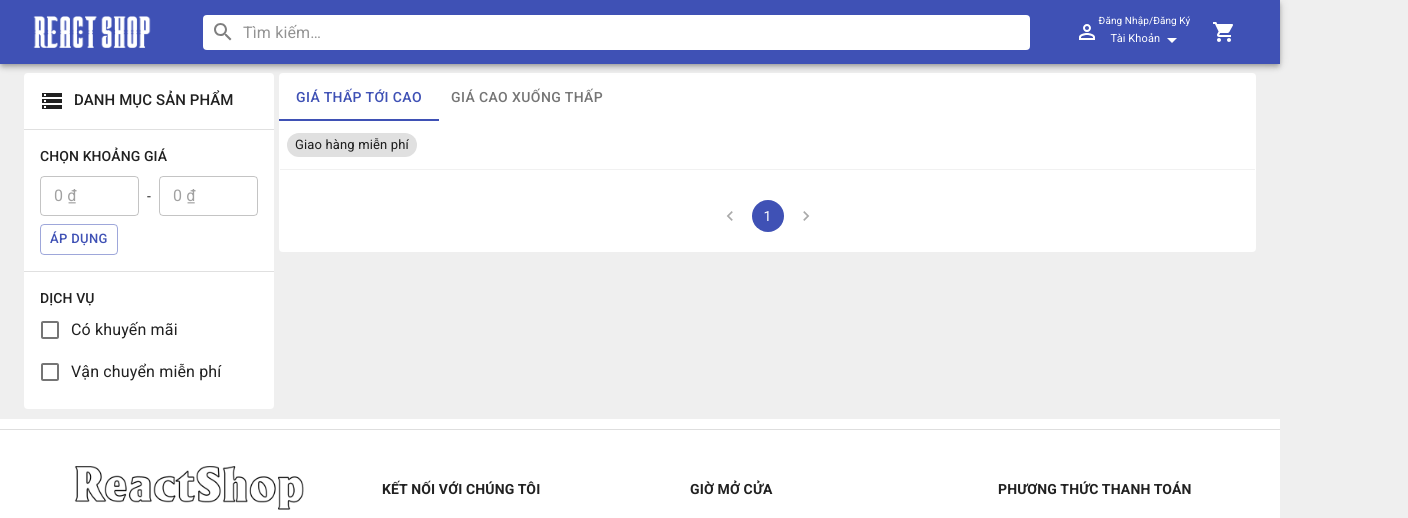
Repository: tvsinh/learn-react
Page: /
An editor plug-in stored every save of this project. The page is shown before and after the next save, followed by the edit.
The browser window is 1280 px wide. The page is 1408 px wide, so the pictures cover 1408 px, including what lies to the right of the window. The pictures show the part of the page from y = 0 to 518 px (the page is 2411 px tall before and 2440 px after).
Pictures or frames that could not be fetched are drawn as grey boxes. The page's requests for data from a server got no answer. The project was rebuilt for these pictures with package versions that can differ from the ones it lists, and the page was loaded fresh each time. No one was signed in, and anything a server would have sent is missing. Also part of the build but not shown: src/components/form-controls/InputField/index.jsx, src/features/Todo/components/TodoForm/index.jsx, src/components/form-controls/PasswordField/index.jsx, src/features/Auth/components/LoginForm/index.jsx, src/features/Auth/components/Login/index.jsx, src/features/Auth/components/RegisterForm/index.jsx, src/features/Auth/components/Register/index.jsx, src/features/Cart/components/MiniSuccessCart.jsx and 46 more.

Above is the page before, as saved 2021-08-12 21:42:39.

### public/index.html
<!DOCTYPE html>
<html lang="en">
  <head>
    <meta charset="utf-8" />
    <link rel="icon" href="%PUBLIC_URL%/shop.ico" />
    <meta name="viewport" content="width=device-width, initial-scale=1" />
    <meta name="theme-color" content="#000000" />
    <meta
      name="description"
      content="Web site created using create-react-app"
    />
    <link rel="apple-touch-icon" href="%PUBLIC_URL%/store.png" />
    <!--
      manifest.json provides metadata used when your web app is installed on a
      user's mobile device or desktop. See https://developers.google.com/web/fundamentals/web-app-manifest/
    -->
    <link rel="manifest" href="%PUBLIC_URL%/manifest.json" />
    <!--
      Notice the use of %PUBLIC_URL% in the tags above.
      It will be replaced with the URL of the `public` folder during the build.
      Only files inside the `public` folder can be referenced from the HTML.

      Unlike "/favicon.ico" or "favicon.ico", "%PUBLIC_URL%/favicon.ico" will
      work correctly both with client-side routing and a non-root public URL.
      Learn how to configure a non-root public URL by running `npm run build`.
    -->
    <link rel="stylesheet" href="https://fonts.googleapis.com/css?family=Roboto:300,400,500,700&display=swap" />
    <title>React Shop</title>
  </head>
  <body>
    <noscript>You need to enable JavaScript to run this app.</noscript>
    <div id="root"></div>
    <!--
      This HTML file is a template.
      If you open it directly in the browser, you will see an empty page.

      You can add webfonts, meta tags, or analytics to this file.
      The build step will place the bundled scripts into the <body> tag.

      To begin the development, run `npm start` or `yarn start`.
      To create a production bundle, use `npm run build` or `yarn build`.
    -->
  </body>
</html>

### src/index.css
html {
  background-color: rgb(239, 239, 239);
}

body {
  margin: 0;
  font-family: -apple-system, BlinkMacSystemFont, 'Segoe UI', 'Roboto', 'Oxygen',
    'Ubuntu', 'Cantarell', 'Fira Sans', 'Droid Sans', 'Helvetica Neue',
    sans-serif;
  -webkit-font-smoothing: antialiased;
  -moz-osx-font-smoothing: grayscale;
}

code {
  font-family: source-code-pro, Menlo, Monaco, Consolas, 'Courier New',
    monospace;
}

### src/features/Product/index.jsx
import { Box } from '@material-ui/core';
import React from 'react';
import { Route, Switch, useRouteMatch } from 'react-router-dom';
import DetailPage from './pages/DetailPage';
import ListPage from './pages/ListPage';

function ProductFeature(props) {
  const match = useRouteMatch();

  return (
    <Box>
      <Switch>
        <Route path={match.url} exact component={ListPage} />
        <Route path={`${match.url}/:productId`} component={DetailPage} />
      </Switch>
    </Box>
  );
}

export default ProductFeature;

### src/features/Product/components/ProductFilters.jsx
import { Box, Button } from '@material-ui/core';
import { makeStyles } from '@material-ui/core/styles';
import { Close } from '@material-ui/icons';
import PropTypes from 'prop-types';
import React from 'react';
import FilterByCategory from './Filters/FilterByCategory';
import FilterByPrice from './Filters/FilterByPrice';
import FilterByService from './Filters/FilterByService';

ProductFilters.propTypes = {
  // filters: PropTypes.object.isRequired,
  filters: PropTypes.object,
  onChange: PropTypes.func,
  onClick: PropTypes.func,
};
const useStyles = makeStyles((theme) => ({
  rootMobile: {
    position: 'relative',
  },
  iconRight: {
    [theme.breakpoints.down('md')]: {
      right: '0',
      position: 'fixed',
      margin: '10px 10px 0 0',
    },
  },
  button: {
    position: 'fixed',
    padding: '11px',
    bottom: '0',
    width: '80%',
    backgroundColor: '#fff',
    borderTop: '1px solid rgba(0,0,0,0.1)',
  },
  sectionDesktop: {
    display: 'none',
    [theme.breakpoints.up('md')]: {
      display: 'block',
    },
  },
  sectionMobile: {
    position: 'fixed',
    backgroundColor: 'white',
    right: '0',
    zIndex: '100',
    transition: '500ms',
    paddingBottom: '110px',
    width: '80%',
    height: '100%',
    overflowY: 'scroll',
    [theme.breakpoints.up('md')]: {
      display: 'none',
    },
  },
}));
function ProductFilters({ filters, onChange = {}, onClick = {} }) {
  const classes = useStyles();
  const handleCategoryChange = (newCategoryName) => {
    if (!onChange) return;

    const newFilters = {
      'category.name': newCategoryName,
      _page: 1, // Reset page to first
      // 'category.searchTerm': null,
    };
    onChange(newFilters);
  };

  const handeChange = (values) => {
    console.log(values);
    if (onChange) onChange(values);
  };

  const handleClose = () => {
    onClick(false);
  };

  return (
    <>
      <Box className={classes.sectionDesktop}>
        <FilterByCategory onChange={handleCategoryChange} />
        <FilterByPrice onChange={handeChange} />
        <FilterByService filters={filters} onChange={handeChange} />
      </Box>

      {/* <Box className={classes.rootMobile}>
        <Box className={classes.sectionMobile}>
          <Close onClick={handleClose} className={classes.iconRight} />
          <FilterByCategory onChange={handleCategoryChange} />
          <FilterByPrice onChange={handeChange} />
          <FilterByService filters={filters} onChange={handeChange} />

          <Box className={classes.button}>
            <Button onClick={handleClose} variant="contained" color="primary" fullWidth>
              Xong
            </Button>
          </Box>
        </Box>
      </Box> */}
    </>
  );
}

export default ProductFilters;

### src/features/Product/components/ProductList.jsx
import { Box, Grid } from '@material-ui/core';
import PropTypes from 'prop-types';
import React from 'react';
import Product from './Product';

ProductList.propTypes = {
  data: PropTypes.array,
};

ProductList.defaultProps = {
  data: [],
};

function ProductList({ data }) {
  return (
    <Box
      style={{
        borderLeft: 'solid 1px #FFF',
        borderRight: 'solid 1px #FFF',
      }}
    >
      <Grid
        container
        style={{
          borderTop: 'solid 1px #f1f1f1',
          borderLeft: 'solid 1px #f1f1f1',
        }}
      >
        {data.map((product) => (
          <Grid item key={product.id} xs={6} sm={6} md={4} lg={3}>
            <Product product={product} />
          </Grid>
        ))}
      </Grid>
    </Box>
  );
}

export default ProductList;

### src/features/Product/components/ProductSkeletonList.jsx
import React from 'react';
import PropTypes from 'prop-types';
import { Box, Grid } from '@material-ui/core';
import { Skeleton } from '@material-ui/lab';
import { makeStyles } from '@material-ui/core/styles';

ProductSkeletonList.propTypes = {
  length: PropTypes.number,
};
const useStyles = makeStyles((theme) => ({
  box: {
    padding: theme.spacing(0.5),
  },
  boxImg: {
    position: 'relative',
    width: '100%',
    paddingTop: '100%',
    marginBottom: '5px',
  },
  productImg: {
    position: 'absolute',
    top: '0',
    left: '0',
    bottom: '0',
    right: '0',
    width: '100%',
    height: '100%',
    padding: '8px',
  },
  boxText: {
    height: '80px',
  },
  boxName: {
    height: '40px',
    marginBottom: '5px',
  },
  boxPrice: {},
  textName: {
    height: '22px',
    lineHeight: '1.43',
  },
  text: {
    height: '21px',
  },
}));

function ProductSkeletonList({ length = 6 }) {
  const classes = useStyles();
  return (
    <Box>
      <Grid container>
        {Array.from(new Array(length)).map((x, index) => (
          <Grid item key={index} xs={6} sm={6} md={4} lg={3}>
            <Box padding={1}>
              <Box className={classes.box}>
                <Box className={classes.boxImg}>
                  <Skeleton variant="rect" className={classes.productImg} />
                </Box>
              </Box>
              <Box className={classes.boxText}>
                <Box className={classes.boxName}>
                  <Skeleton className={classes.textName} />
                  <Skeleton width="96%" className={classes.textName} />
                </Box>
                <Box className={classes.boxPrice}>
                  <Skeleton width="55%" className={classes.text} />
                </Box>
              </Box>
            </Box>
          </Grid>
        ))}
      </Grid>
    </Box>
  );
}

export default ProductSkeletonList;

### src/features/Product/components/ProductSort.jsx
import React from 'react';
import PropTypes from 'prop-types';
import { Tab, Tabs } from '@material-ui/core';
import { makeStyles } from '@material-ui/core/styles';

ProductSort.propTypes = {
  currentSort: PropTypes.string.isRequired,
  onChange: PropTypes.func,
};

const useStyles = makeStyles((theme) => ({
  root: {
    [theme.breakpoints.down('md')]: {
      minHeight: '35px',
      padding: theme.spacing(0),
      margin: theme.spacing(0),
    },
  },
  sort: {
    [theme.breakpoints.down('md')]: {
      minHeight: '35px',
      padding: theme.spacing(0, 1),
      fontSize: '12.9px',
    },
    [theme.breakpoints.between('sm', 'md')]: {
      marginTop: theme.spacing(1),
    },
  },
}));
function ProductSort({ currentSort, onChange }) {
  const classes = useStyles();

  const handleSortChange = (event, newValue) => {
    if (onChange) onChange(newValue);
  };

  return (
    <Tabs
      value={currentSort}
      indicatorColor="primary"
      textColor="primary"
      onChange={handleSortChange}
      aria-label="disabled tabs example"
      className={classes.root}
    >
      <Tab label="Giá thấp tới cao" value="salePrice:ASC" className={classes.sort}></Tab>
      <Tab label="Giá cao xuống thấp" value="salePrice:DESC" className={classes.sort}></Tab>
    </Tabs>
  );
}

export default ProductSort;

### src/components/BackToTop/index.jsx
import { Zoom } from '@material-ui/core';
import CssBaseline from '@material-ui/core/CssBaseline';
import Fab from '@material-ui/core/Fab';
import { makeStyles } from '@material-ui/core/styles';
import useScrollTrigger from '@material-ui/core/useScrollTrigger';
import KeyboardArrowUpIcon from '@material-ui/icons/KeyboardArrowUp';
import PropTypes from 'prop-types';
import React from 'react';
// import Zoom from '@material-ui/core/Zoom';

const useStyles = makeStyles((theme) => ({
  '@global': {
    '@keyframes scrollTop': {
      from: {
        transform: 'translateY(1px)',
      },
      to: {
        transform: 'translateY(-1px)',
      },
    },
  },
  root: {
    zIndex: '1',
    position: 'fixed',
    bottom: theme.spacing(2),
    right: theme.spacing(1),
  },
  iconUp: {
    // '-webkit-animation': 'scrollTop .5s ease alternate infinite',
    animation: '$scrollTop .5s ease alternate infinite',
  },
}));

function ScrollTop(props) {
  const { children } = props;
  const classes = useStyles();

  const trigger = useScrollTrigger({
    disableHysteresis: true,
    threshold: 300,
  });

  const handleClick = (event) => {
    // const anchor = (event.target.ownerDocument || document).querySelector('#back-to-top-anchor');
    // if (anchor) {
    //   anchor.scrollIntoView({ behavior: 'smooth', block: 'center' });
    // }
    window.scrollTo({ top: 0, behavior: `smooth` });
  };

  // if (trigger) {
  //   return (
  //     <div onClick={handleClick} role="presentation" className={classes.root}>
  //       {children}
  //     </div>
  //   );
  // } else {
  //   return null;
  // }

  return (
    <Zoom
      in={trigger}
      timeout={{
        appear: 700,
        enter: 700,
        exit: 700,
      }}
    >
      <div onClick={handleClick} role="presentation" className={classes.root}>
        {children}
      </div>
    </Zoom>
  );
}
ScrollTop.propTypes = {
  children: PropTypes.element.isRequired,
};
export default function BackToTop(props) {
  const classes = useStyles();
  return (
    <React.Fragment>
      <CssBaseline />
      <ScrollTop {...props}>
        <Fab color="primary" size="small" aria-label="scroll back to top">
          <KeyboardArrowUpIcon className={classes.iconUp} />
        </Fab>
      </ScrollTop>
    </React.Fragment>
  );
}

### src/features/Product/components/Filters/FilterByCategory.jsx
import { Box, makeStyles, Typography } from '@material-ui/core';
import { Storage } from '@material-ui/icons';
import categoryApi from 'api/categoryApi';
import { STATIC_HOST, THUMBNAIL_PLACEHOLDER } from 'constants/index';
import PropTypes from 'prop-types';
import React, { useEffect, useState } from 'react';
import CategorySkeletonList from './../CategorySkeletonList';

const useStyles = makeStyles((theme) => ({
  root: {
    padding: theme.spacing(2),
  },

  menu: {
    padding: 0,
    margin: 0,
    listStyleType: 'none',

    '& > li': {
      marginTop: theme.spacing(1),
      transition: 'all .25s',

      '&:hover': {
        color: '#288ad6',
        cursor: 'pointer',
      },
    },
  },
  title: {
    fontWeight: '500',
    // fontSize: '15px',
    display: 'flex',
    alignItems: 'center',
  },
  cate: {
    fontWeight: '500',
    fontSize: '15px',
    marginLeft: '10px',
  },
  category: {
    display: 'flex',
    alignItems: 'center',
  },
  categoryImg: {
    width: '25px',
    height: '25px',
    marginRight: '10px',
  },
  categoryName: {
    fontWeight: '400',
    fontSize: '15px',
  },
}));

FilterByCategory.propTypes = {
  onChange: PropTypes.func,
};

function FilterByCategory({ onChange }) {
  const [loading, setLoading] = useState(true);
  const [categoryList, setCategoryList] = useState([]);
  const classes = useStyles();

  useEffect(() => {
    (async () => {
      try {
        const list = await categoryApi.getAll();
        const cateList = await list.map((x) => ({
          id: x.id,
          name: x.name,
          icon: x.icon,
        }));
        setCategoryList(cateList);
      } catch (error) {
        console.log('Failed to fetch category list', error);
      }
      setLoading(false);
    })();
  }, []);

  const handleCategoryClick = (category) => {
    if (onChange) {
      onChange(category.name);
    }
  };

  return (
    <Box className={classes.root}>
      <Typography className={classes.title}>
        <Storage />
        <Typography variant="subtitle2" className={classes.cate}>
          DANH MỤC SẢN PHẨM
        </Typography>
      </Typography>
      {loading ? (
        <CategorySkeletonList />
      ) : (
        <ul className={classes.menu}>
          {categoryList.map((category) => (
            <li
              key={category.id}
              onClick={() => handleCategoryClick(category)}
              className={classes.category}
            >
              <img
                src={category.icon ? `${STATIC_HOST}${category.icon?.url}` : THUMBNAIL_PLACEHOLDER}
                alt="icon"
                className={classes.categoryImg}
              />
              <Typography variant="body2" className={classes.categoryName}>
                {category.name}
              </Typography>
            </li>
          ))}
        </ul>
      )}
    </Box>
  );
}

export default FilterByCategory;

### src/features/Product/components/Filters/FilterByService.jsx
import { Box, Checkbox, FormControlLabel, makeStyles, Typography } from '@material-ui/core';
import PropTypes from 'prop-types';
import React from 'react';

const useStyles = makeStyles((theme) => ({
  root: {
    padding: theme.spacing(2),
    borderTop: `1px solid ${theme.palette.grey[300]}`,
  },

  list: {
    padding: 0,
    margin: 0,
    listStyleType: 'none',

    '& > li': {
      margin: 0,
    },
  },
}));

FilterByService.propTypes = {
  filters: PropTypes.object,
  onChange: PropTypes.func,
};

function FilterByService({ filters = {}, onChange }) {
  const classes = useStyles();

  const handleChange = (e) => {
    if (!onChange) return;
    const { name, checked } = e.target;
    onChange({
      [name]: checked,
      _page: 1, // Reset page to first
    });
  };

  return (
    <Box className={classes.root}>
      <Typography variant="subtitle2">DỊCH VỤ</Typography>

      <ul className={classes.list}>
        {[
          { value: 'isPromotion', label: 'Có khuyến mãi' },
          { value: 'isFreeShip', label: 'Vận chuyển miễn phí' },
        ].map((service) => (
          <li key={service.value}>
            <FormControlLabel
              control={
                <Checkbox
                  // checked={Boolean(filters[service.value])}
                  checked={filters[service.value] === 'true'}
                  onChange={handleChange}
                  name={service.value}
                  color="primary"
                />
              }
              label={service.label}
            />
          </li>
        ))}
      </ul>
    </Box>
  );
}

export default FilterByService;

### src/features/Product/components/CategorySkeletonList.jsx
import React from 'react';
import PropTypes from 'prop-types';
import { Box, Grid, makeStyles } from '@material-ui/core';
import { Skeleton } from '@material-ui/lab';

CategorySkeletonList.propTypes = {
  length: PropTypes.number,
};

const useStyles = makeStyles((theme) => ({
  root: {
    display: 'flex',
    flexDirection: 'column',
  },
  skeleton: {
    margin: theme.spacing(0.5, 0),
  },
}));

function CategorySkeletonList({ length = 6 }) {
  const classes = useStyles();
  return (
    <Box>
      <Grid container className={classes.root}>
        {Array.from(new Array(length)).map((x, index) => (
          <Skeleton key={index} variant="text" width={140} className={classes.skeleton} />
        ))}
      </Grid>
    </Box>
  );
}

export default CategorySkeletonList;

Loaded but not shown: src/reportWebVitals.js (common file); src/App.css (common file); src/utils/index.js (common file); src/features/Cart/cartSlice.js (54 lines, source omitted); src/features/Auth/userSlice.js (61 lines, source omitted); src/features/CheckOut/orderSlice.js (57 lines, source omitted); src/api/axiosClient.js (46 lines, source omitted); src/App.js (36 lines, source omitted); src/api/productApi.js (49 lines, source omitted); src/index.js (31 lines, source omitted); src/api/userApi.js (33 lines, source omitted); src/features/Cart/selectors.js (17 lines, source omitted); src/api/categoryApi.js (28 lines, source omitted); src/app/store.js (16 lines, source omitted); src/constants/storage-keys.js (8 lines, source omitted); src/constants/common.js (2 lines, source omitted); src/utils/common.js (3 lines, source omitted); src/constants/index.js (2 lines, source omitted); src/components/Header/index.jsx (501 lines, source omitted); src/features/Product/pages/ListPage.jsx (305 lines, source omitted); src/features/Product/components/Filters/FilterByPrice.jsx (177 lines, source omitted); src/components/Footer/index.jsx (154 lines, source omitted); src/features/Product/components/FilterViewer.jsx (143 lines, source omitted); src/features/SearchInput/index.jsx (140 lines, source omitted)

After the next save:
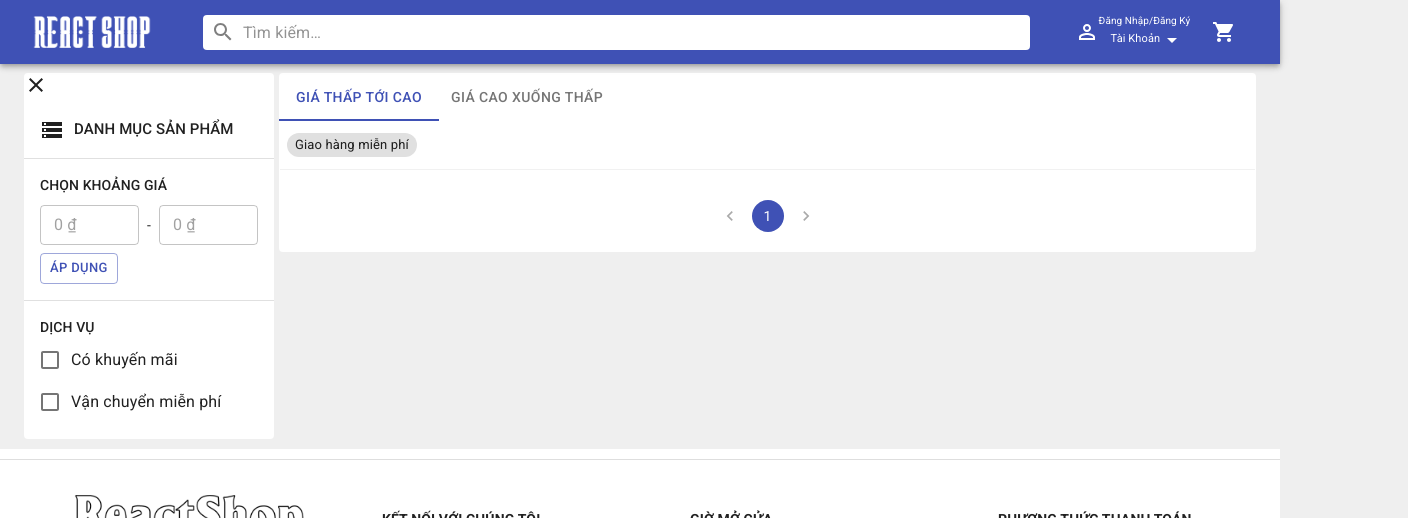
Saved 3 min 32 s later.
--- a/src/features/Product/components/ProductFilters.jsx
+++ b/src/features/Product/components/ProductFilters.jsx
@@ -14,8 +14,11 @@
   onClick: PropTypes.func,
 };
 const useStyles = makeStyles((theme) => ({
-  rootMobile: {
+  root: {
     position: 'relative',
+    [theme.breakpoints.up('md')]: {
+      position: 'static',
+    },
   },
   iconRight: {
     [theme.breakpoints.down('md')]: {
@@ -77,14 +80,14 @@
 
   return (
     <>
-      <Box className={classes.sectionDesktop}>
+      {/* <Box className={classes.sectionDesktop}>
         <FilterByCategory onChange={handleCategoryChange} />
         <FilterByPrice onChange={handeChange} />
         <FilterByService filters={filters} onChange={handeChange} />
-      </Box>
+      </Box> */}
 
-      {/* <Box className={classes.rootMobile}>
-        <Box className={classes.sectionMobile}>
+      <Box className={classes.root}>
+        <Box className={classes.section}>
           <Close onClick={handleClose} className={classes.iconRight} />
           <FilterByCategory onChange={handleCategoryChange} />
           <FilterByPrice onChange={handeChange} />
@@ -96,7 +99,7 @@
             </Button>
           </Box>
         </Box>
-      </Box> */}
+      </Box>
     </>
   );
 }

After the 2 saves that followed:
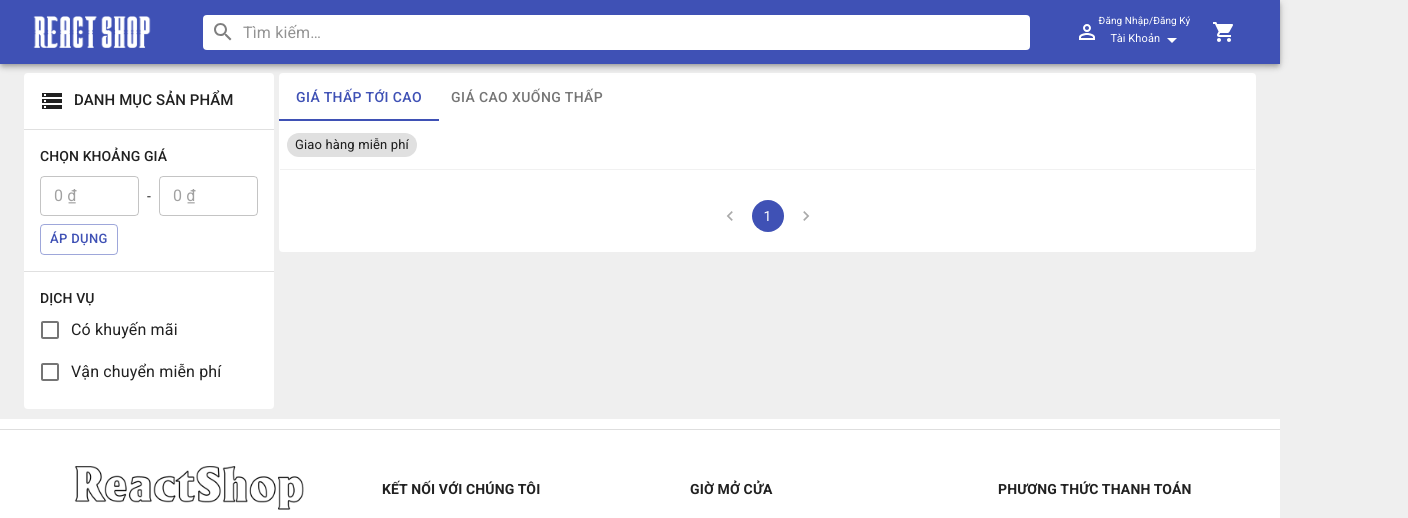
The 2 saves are shown as one change because 1 left the picture as it was.
The last was saved 101 s later.
--- a/src/features/Product/components/ProductFilters.jsx
+++ b/src/features/Product/components/ProductFilters.jsx
@@ -21,6 +21,7 @@
     },
   },
   iconRight: {
+    display: 'none',
     [theme.breakpoints.down('md')]: {
       right: '0',
       position: 'fixed',
@@ -28,12 +29,15 @@
     },
   },
   button: {
-    position: 'fixed',
-    padding: '11px',
-    bottom: '0',
-    width: '80%',
-    backgroundColor: '#fff',
-    borderTop: '1px solid rgba(0,0,0,0.1)',
+    display: 'none',
+    [theme.breakpoints.down('md')]: {
+      position: 'fixed',
+      padding: '11px',
+      bottom: '0',
+      width: '80%',
+      backgroundColor: '#fff',
+      borderTop: '1px solid rgba(0,0,0,0.1)',
+    },
   },
   sectionDesktop: {
     display: 'none',
@@ -41,18 +45,17 @@
       display: 'block',
     },
   },
-  sectionMobile: {
-    position: 'fixed',
-    backgroundColor: 'white',
-    right: '0',
-    zIndex: '100',
-    transition: '500ms',
-    paddingBottom: '110px',
-    width: '80%',
-    height: '100%',
-    overflowY: 'scroll',
-    [theme.breakpoints.up('md')]: {
-      display: 'none',
+  section: {
+    [theme.breakpoints.down('md')]: {
+      position: 'fixed',
+      backgroundColor: 'white',
+      right: '0',
+      zIndex: '100',
+      transition: '500ms',
+      paddingBottom: '110px',
+      width: '80%',
+      height: '100%',
+      overflowY: 'scroll',
     },
   },
 }));
